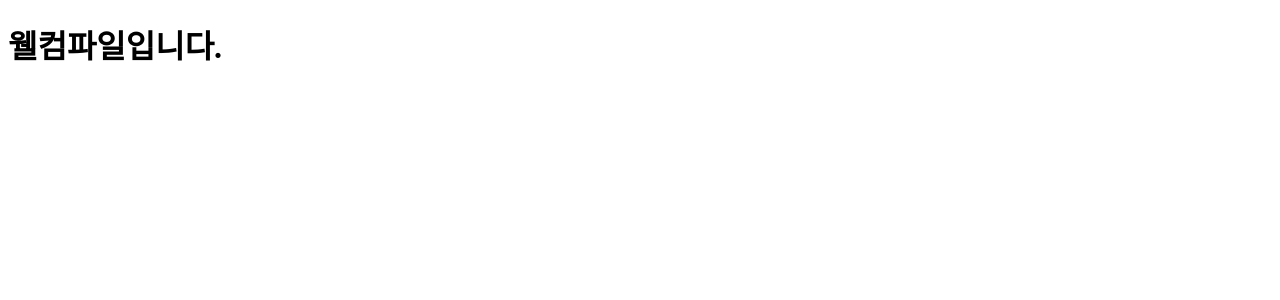
Repository: judeyong/myWebWorkSpace2
Page: http://localhost/Action_Project/
An editor plug-in stored every save of this project. The page is shown before and after the next save, followed by the edit.
The browser window is 1280 px wide. The pictures show the whole page.
The page is served by Tomcat 9. Other server files are loaded and not shown.

Above is the page before, as saved 2024-04-03 00:22:53.

### Action_Project/WebContent/index.jsp
<%@ page language="java" contentType="text/html; charset=UTF-8"
    pageEncoding="UTF-8"%>
<!DOCTYPE html>
<html>
<head>
<meta charset="UTF-8">
<title>Insert title here</title>
</head>
<body>
	<h1>웰컴파일입니다.</h1>

</body>
</html>

After the next save:
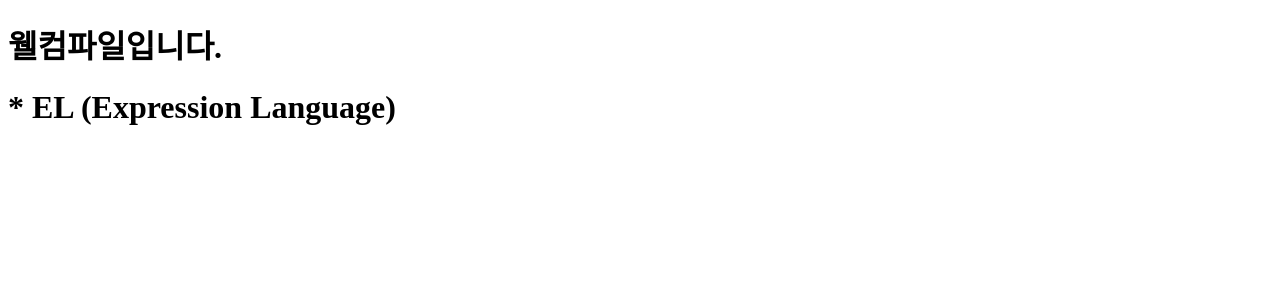
Saved 44 s later.
--- a/Action_Project/WebContent/index.jsp
+++ b/Action_Project/WebContent/index.jsp
@@ -9,5 +9,7 @@
 <body>
 	<h1>웰컴파일입니다.</h1>
 
+	<h1>* EL (Expression Language)</h1>
+
 </body>
 </html>
